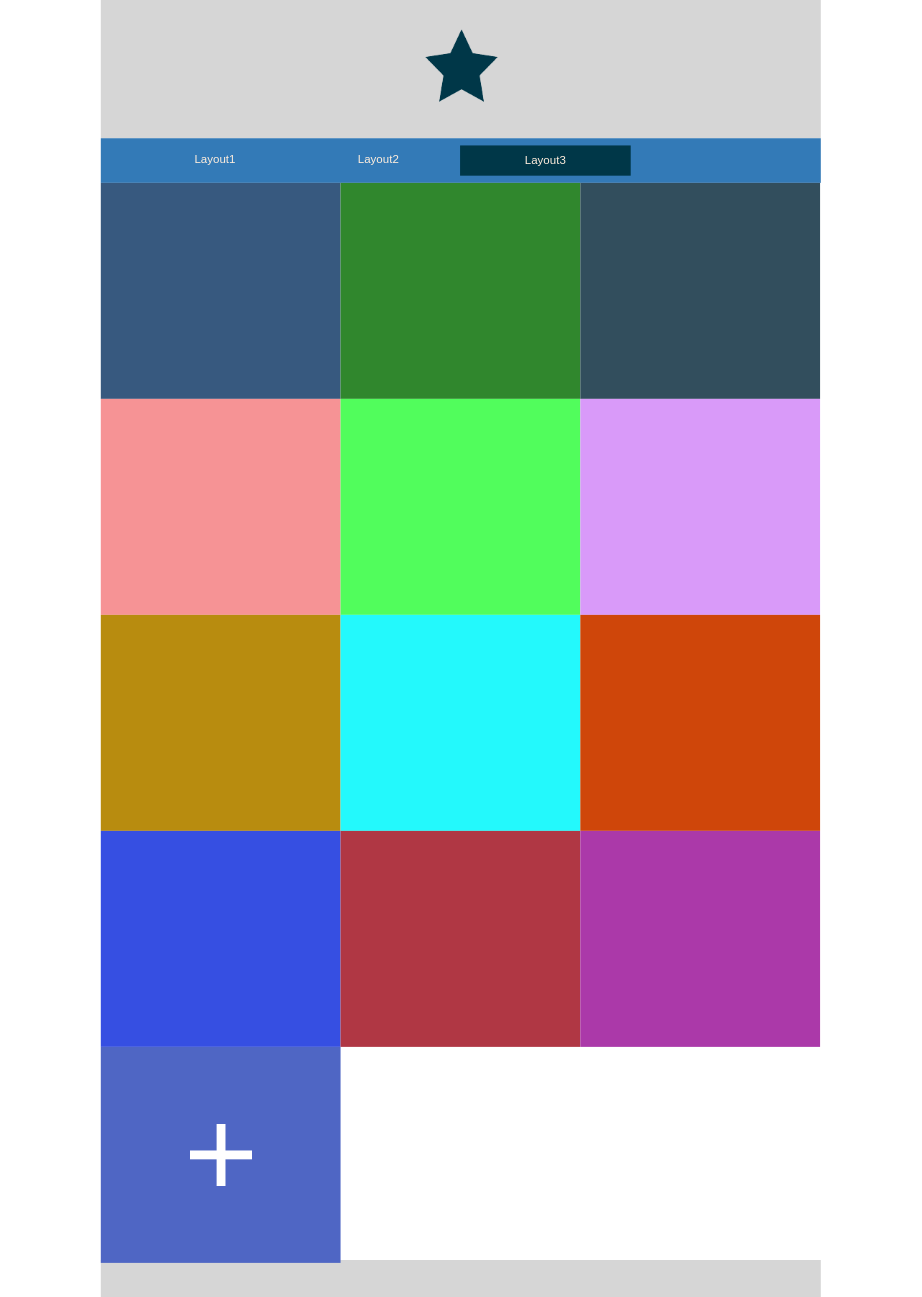
Repository: baliayassin/MyGame
Page: Documents/Aptana Studio 3 Workspace/homeWork2/layOut3.html
The author's editor kept a copy of each file at every save. The page is drawn from the files as they stood at one save, then again after the next save.
The browser window is 1280 px wide. The pictures show the whole page, at 72% of full size.
Some web libraries are served in a nearby version.

Above is the page before, as saved 2017-12-13 18:56:37.

After the next save:
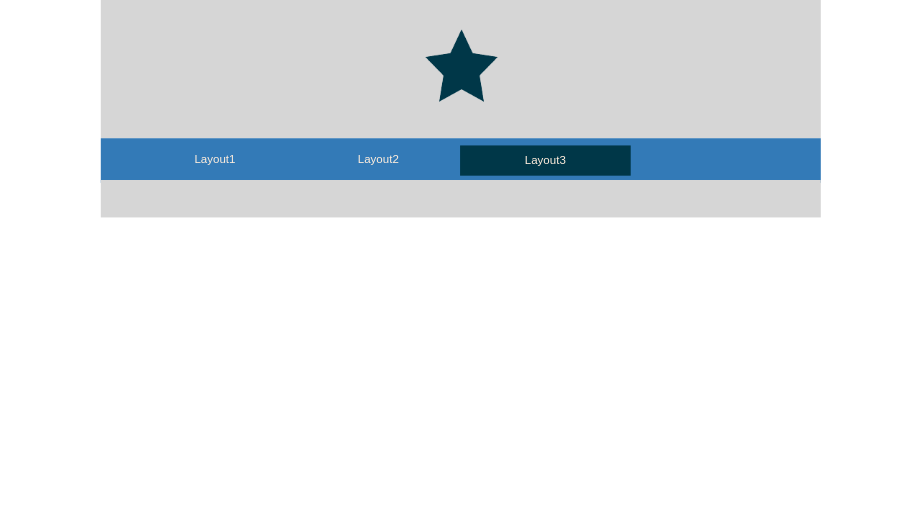
Console error: ReferenceError: createSection is not defined
Saved 2 min 15 s later.
--- a/Documents/Aptana Studio 3 Workspace/homeWork2/includes/style.css
+++ b/Documents/Aptana Studio 3 Workspace/homeWork2/includes/style.css
@@ -303,11 +303,7 @@ main, nav, aside, footer, section, article, header {
 }
 
 /*******************************************************/
-#boxes{
-	width:1000px;
-	display: inline-block;
-
-}
+
 
 
 #wrapper3 {
@@ -384,21 +380,6 @@ main, nav, aside, footer, section, article, header {
 
 
 
-.square{
-
-
-	width: 333px;
-	height:348px;
-	float:left;
-
-}
-
-.star{
-
-	background: url("images/white_star.png");
-
-}
-
 #wrapper3 article img{
 
 	margin-left: 100px;
--- a/Documents/Aptana Studio 3 Workspace/homeWork2/includes/main.js
+++ b/Documents/Aptana Studio 3 Workspace/homeWork2/includes/main.js
@@ -6,8 +6,8 @@ $("document").ready(function () {
 })
 
 
-function createSection() {
-    var newSect = $("<section/>");
+function createArticle() {
+    var newSect = $("<article/>");
     newSect.addClass("box");
     var color='#' + (0x1000000 + (Math.random()) * 0xffffff).toString(16).substr(1, 6);
     newSect.css("background-color", color);
@@ -23,12 +23,12 @@ function addBoxsToMain() {
     }
 
 
-    $("main section:last").addClass("plus");
+    $("main article:last").addClass("plus");
 }
 
 
 function addRec() {
-    $("main").prepend(createSection());
+    $("main").prepend(createArticle());
 }
 
 function showStar() {

After the save that followed:
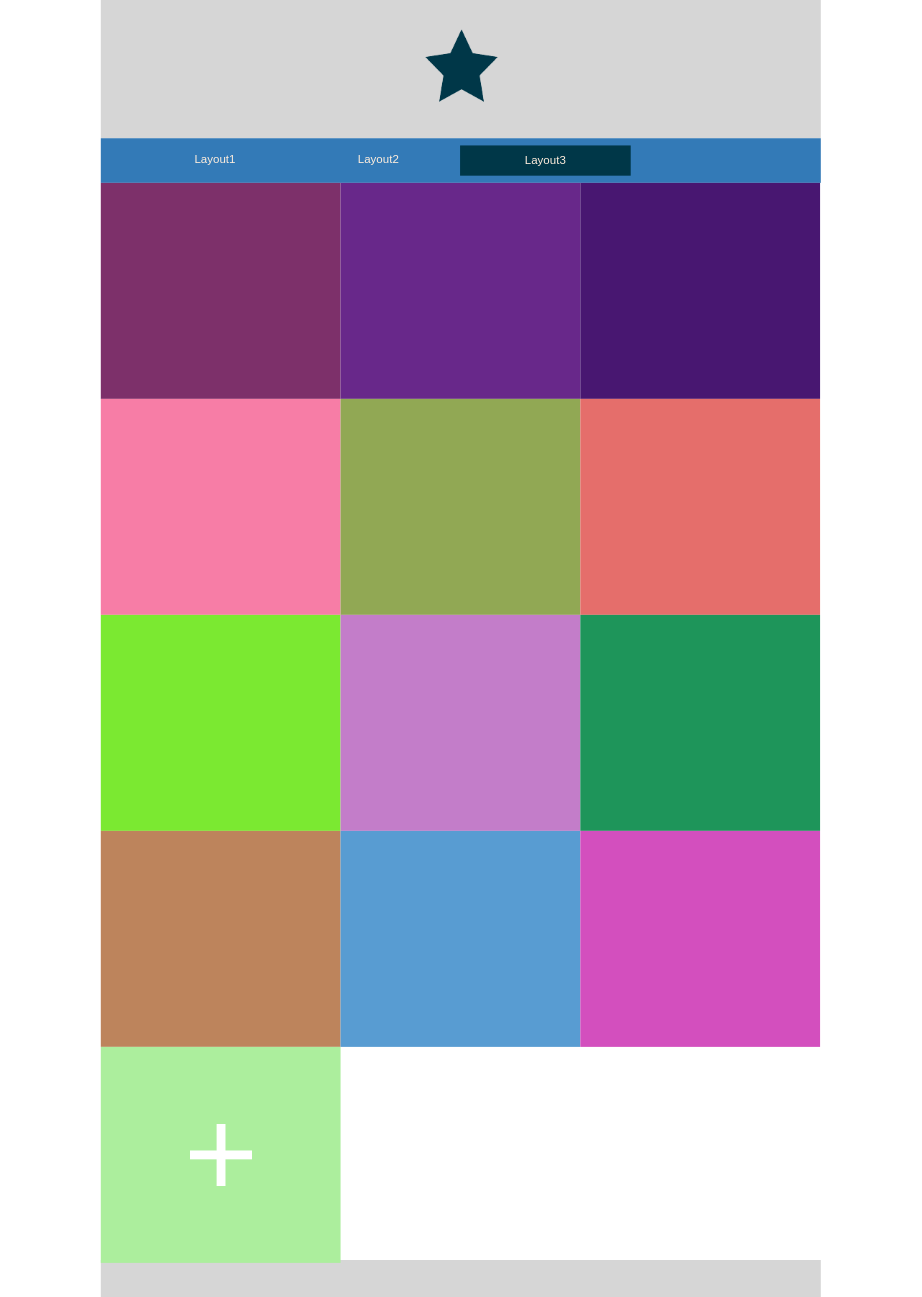
The error is gone.
Saved 43 s later.
--- a/Documents/Aptana Studio 3 Workspace/homeWork2/includes/main.js
+++ b/Documents/Aptana Studio 3 Workspace/homeWork2/includes/main.js
@@ -19,7 +19,7 @@ function createSection() {
 function addBoxsToMain() {
     var i;
     for (var i = 0; i < (25/2); i++) {
-        $("main").append(createSection());
+        $("main").append(createArticle());
     }
 
 
